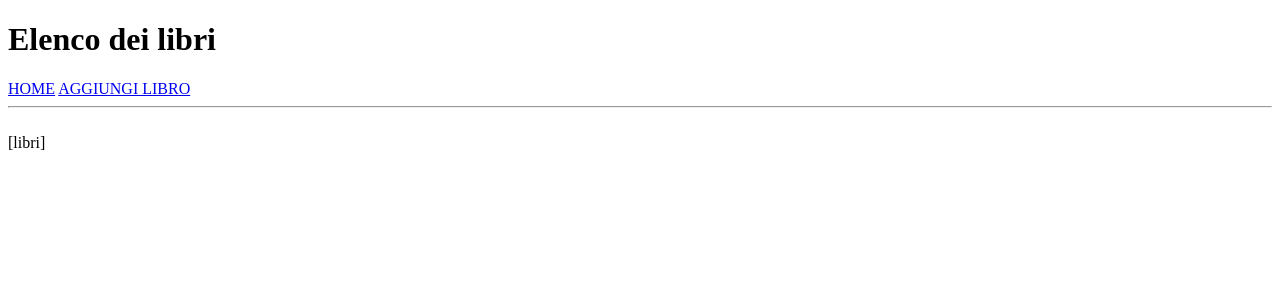
Repository: foferys/DynamicWebProject_DAOLibri_Mappe
Page: DynamicWebProject_DAOLibri_Mappe/WebContent/viste/elencolibri.html
An editor plug-in stored every save of this project. The page is shown before and after the next save, followed by the edit.
The browser window is 1280 px wide. The pictures show the whole page.

Above is the page before, as saved 2024-06-25 09:31:22.

After the next save:
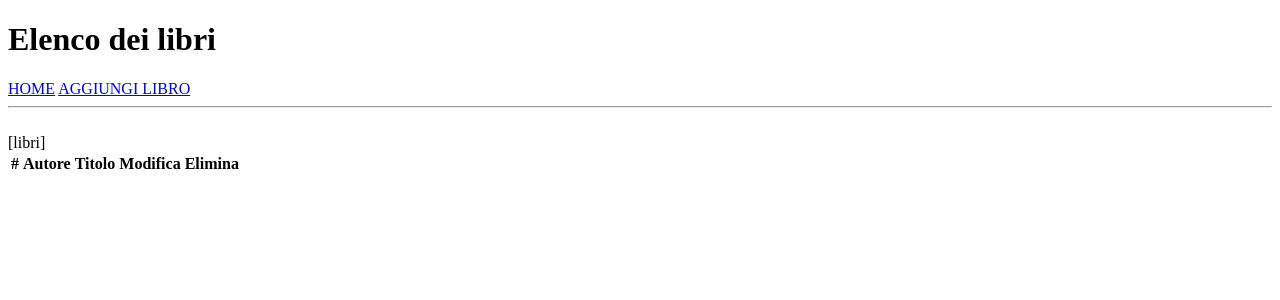
Saved 84 s later.
--- a/DynamicWebProject_DAOLibri_Mappe/WebContent/viste/elencolibri.html
+++ b/DynamicWebProject_DAOLibri_Mappe/WebContent/viste/elencolibri.html
@@ -9,6 +9,16 @@
 		<a href="http://localhost:8080/DynamicWebProject_DAOLibri_Mappe/Index?comando=home">HOME</a>
 		<a href="http://localhost:8080/DynamicWebProject_DAOLibri_Mappe/Index?comando=formnuovolibro">AGGIUNGI LIBRO</a>
 		<br><hr><br>
+		<table class="table">
+		  <thead>
+		    <tr>
+		      <th scope="col">#</th>
+		      <th scope="col">Autore</th>
+		      <th scope="col">Titolo</th>
+            	<th scope="col">Modifica</th>
+               <th scope="col">Elimina</th>
+		    </tr>
+		  </thead>
 
 		[libri]
 	</body>
